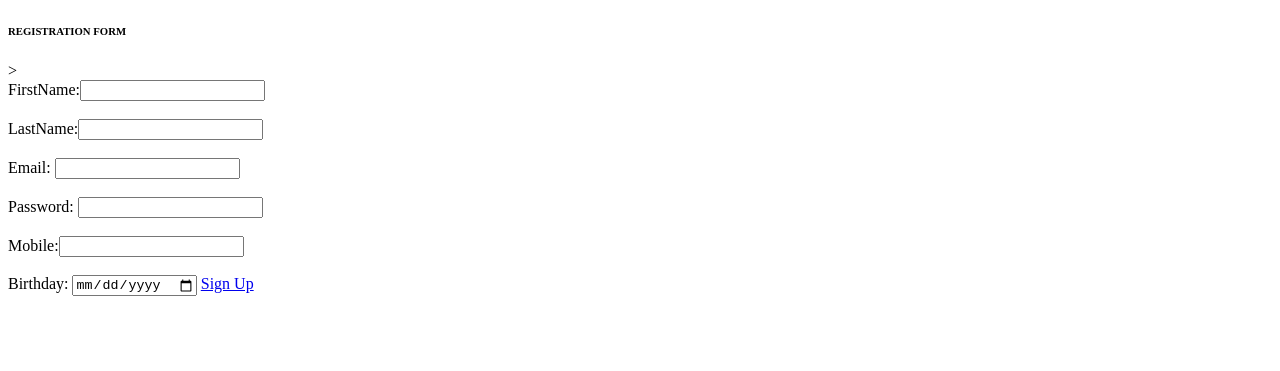
Repository: kd2-80175/WebJava
Page: Assignment1/MovieApp/WebContent/register.html
These files come from the project's save history. The page is drawn as it stood at one moment and after the next save; the edit follows.
The browser window is 1280 px wide. The pictures show the whole page.

Above is the page before, as saved 2023-12-20 08:38:09.

After the next save:
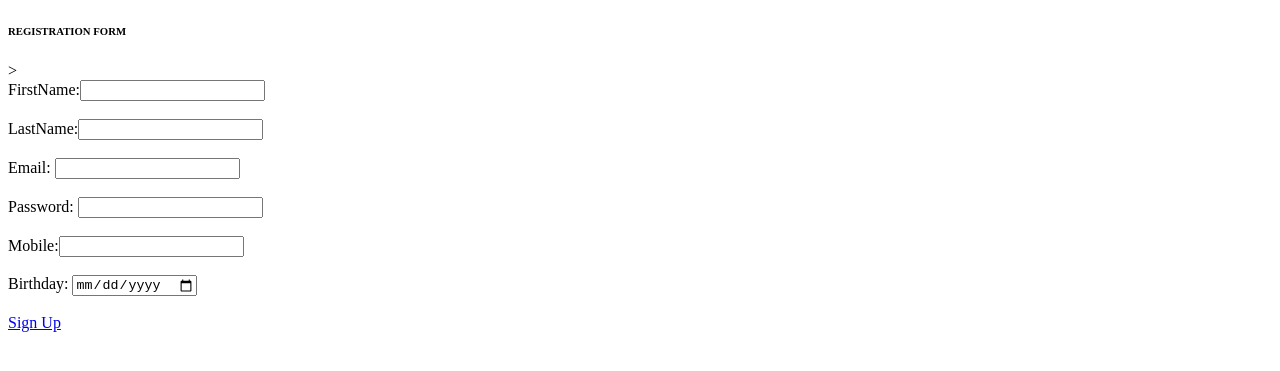
Saved 12 s later.
--- a/Assignment1/MovieApp/WebContent/register.html
+++ b/Assignment1/MovieApp/WebContent/register.html
@@ -13,7 +13,7 @@
     Password: <input type="text" name="passwd"/> <br/><br/>
     Mobile:<input type="text" name="mob"/> <br/><br/>
     <label for="birthday">Birthday:</label>
-  <input type="date" id="birthday" name="birthday">
+  <input type="date" id="birthday" name="birthday"> <br/><br/>
 
 
 		<a href="AddUser">Sign Up</a>
